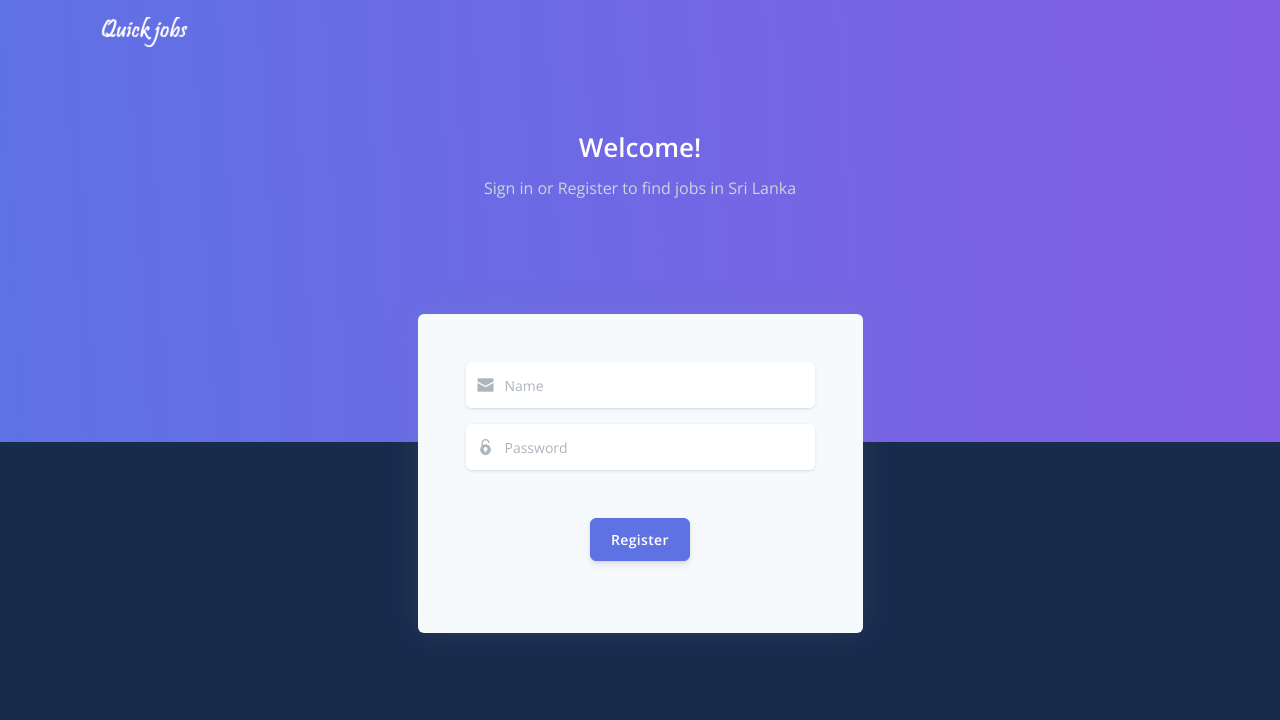
Repository: ROCKY-SAM/laravelAdmin
Page: http://localhost/register
The author's editor kept a copy of each file at every save. The page is drawn from the files as they stood at one save, then again after the next save.
The browser window is 1280 px wide. The pictures show the whole page.
The page is served by the project's Laravel application, run on PHP 8.4 with Laravel 8.

Above is the page before, as saved 2018-11-18 23:19:25.

After the next save:
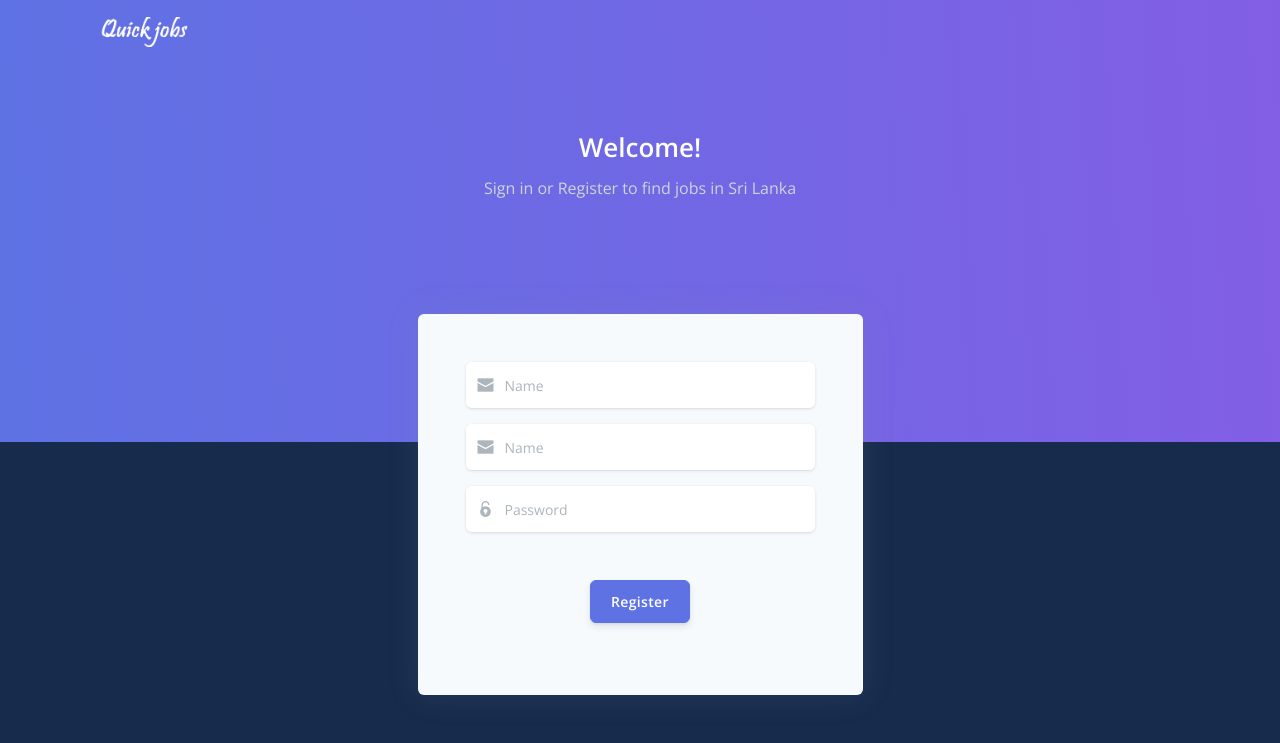
Saved 29 s later.
--- a/resources/views/auth/register.blade.php
+++ b/resources/views/auth/register.blade.php
@@ -87,6 +87,19 @@
                     @endif
                 </div>
 
+                <div class="form-group mb-3">
+                        <div class="input-group input-group-alternative">
+                          <div class="input-group-prepend">
+                            <span class="input-group-text"><i class="ni ni-email-83"></i></span>
+                          </div>
+                          <input class="form-control" placeholder="{{ __('Name') }}" type="text" class="form-control{{ $errors->has('name') ? ' is-invalid' : '' }}" name="name" value="{{ old('name') }}" required autofocus>
+                        </div>
+                          @if ($errors->has('name'))
+                                  <strong>{{ $errors->first('name') }}</strong>
+                          @endif
+                      </div>
+
+
 
                 <div class="form-group">
                   <div class="input-group input-group-alternative">
